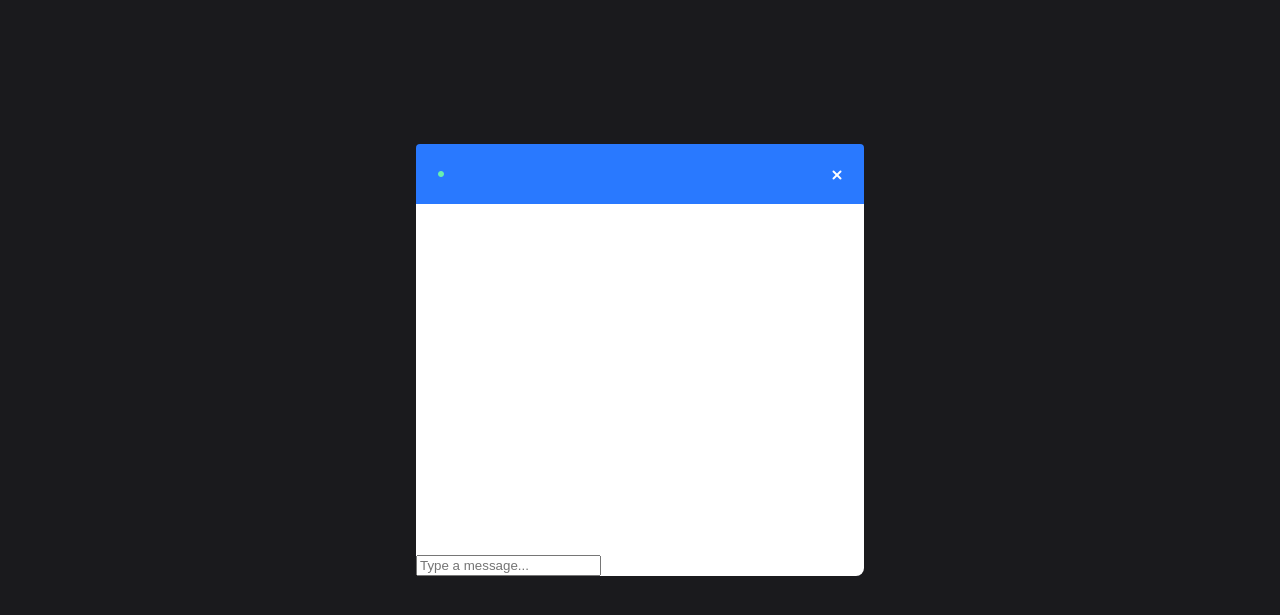
Repository: morela/chatApp
Page: /chat (app in client/)
The author's editor kept a copy of each file at every save. The page is drawn from the files as they stood at one save, then again after the next save.
The browser window is 1280 px wide. The pictures show the whole page.
The page's requests for data from a server got no answer. The project was rebuilt for these pictures with package versions that can differ from the ones it lists, and the page was loaded fresh each time. No one was signed in, and anything a server would have sent is missing. Also part of the build but not shown: client/src/components/Join/Join.js, client/src/components/Input/Input.css.

Above is the page before, as saved 2021-02-14 14:44:14.

### client/src/index.js
import React from 'react'
import ReactDOM from 'react-dom'

import App from './App'

ReactDOM.render(<App />, document.querySelector('#root'));

### client/src/App.js
import React from "react";

import { BrowserRouter as Router, Route } from "react-router-dom";

import Join from "./components/Join/Join";
import Chat from "./components/Chat/Chat";

const App = () => (
  <Router>
    <Route path="/" exact component={Join} />
    <Route path="/chat" component={Chat} />
  </Router>
);

export default App;

### client/src/components/Chat/Chat.js
import React, { useState, useEffect } from "react";
import queryString from "query-string";
import io from "socket.io-client";

import "./Chat.css";
import InfoBar from "../InfoBar/InfoBar";
import Input from "../Input/Input";

let socket;

const Chat = ({ location }) => {
  const [name, setName] = useState("");
  const [room, setRoom] = useState("");
  const [message, setMessage] = useState("");
  const [messages, setMessages] = useState("");
  const ENDPOINT = "localhost:5000";

  useEffect(() => {
    const { name, room } = queryString.parse(location.search);

    socket = io(ENDPOINT, { transports: ["websocket", "polling", "flashsocket"] });

    setName(name);
    setRoom(room);

    socket.emit("join", { name, room }, () => {});

    return () => {
      socket.emit("disconnect");

      socket.off();
    };
  }, [ENDPOINT, location.search]);

  useEffect(() => {
    socket.on(
      "message",
      () => {
        setMessages([...messages, message]);
      },
      [messages]
    );
  });

  const sendMessage = (event) => {
    if (message) {
      socket.emit("sendMessage", message, () => setMessage(""));
    }
  };

  console.log(message, messages);

  return (
    <div className="outerContainer">
      <div className="container">
        <InfoBar room={room} />
<Input message={message} setMessage={setMessage} sendMessage={sendMessage}/>




      </div>
    </div>
  );
};

export default Chat;

### client/src/components/Join/Join.css
html, body {
    font-family: 'Roboto', sans-serif;
    padding: 0;
    margin: 0;
  }

  #root {
    height: 100vh;
  }

  * {
    box-sizing: border-box;
  }

  .joinOuterContainer {
    display: flex;
    justify-content: center;
    text-align: center;
    height: 100vh;
    align-items: center;
    background-color: #1A1A1D;
  }

  .joinInnerContainer {
    width: 20%;
  }

  .joinInput {
    border-radius: 0;
    padding: 15px 20px;
    width: 100%;
  }

  .heading {
    color: white;
    font-size: 2.5em;
    padding-bottom: 10px;
    border-bottom: 2px solid white;
  }

  .button {
      color: #fff !important;
      text-transform: uppercase;
      text-decoration: none;
      background: #2979FF;
      padding: 20px;
      border-radius: 5px;
      display: inline-block;
      border: none;
      width: 100%;
  }

  .mt-20 {
    margin-top: 20px;
  }

  @media (min-width: 320px) and (max-width: 480px) {
    .joinOuterContainer {
      height: 100%;
    }}

### client/src/components/InfoBar/InfoBar.js
import React from "react";
import closeIcon from "../../icons/closeIcon.png";
import onlineIcon from "../../icons/onlineIcon.png";
import "./InfoBar.css";

const InfoBar = ({ room }) => (
  <div className="infoBar">
    <div className="leftInnerContainer">
      <img src={onlineIcon} className="onlineIcon" alt="online image" />
      <h3>{room}</h3>
    </div>
    <div className="rightInnerContainer">
      <a href="/">
        <img src={closeIcon} alt="close image" />
      </a>
    </div>
  </div>
);

export default InfoBar;

### client/src/components/Input/Input.js
import React from "react";

import "./Input.css";

const Input = ({ message, setMessage, sendMessage }) => (
  <form className="form">
    <input
      type="text"
      className="input"
      placeholder="Type a message..."
      value={message}
      onChange={(event) => {
        setMessage(event.target.value);
      }}
      onKeyPress={(event) => (event.key === "Enter" ? sendMessage(event) : null)}
    />
  </form>
);

export default Input;

Loaded but not shown: client/public/index.html (common file); client/src/components/Chat/Chat.css (common file); client/src/components/InfoBar/InfoBar.css (common file)

After the next save:
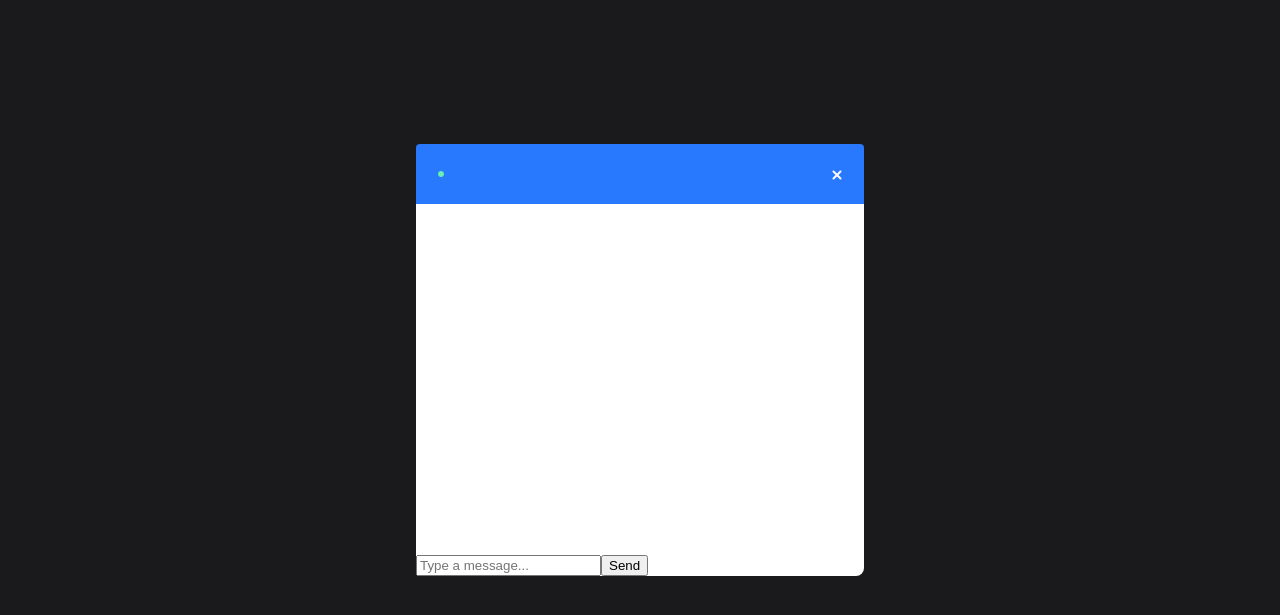
Saved 47 s later.
--- a/client/src/components/Input/Input.js
+++ b/client/src/components/Input/Input.js
@@ -14,6 +14,7 @@ const Input = ({ message, setMessage, sendMessage }) => (
       }}
       onKeyPress={(event) => (event.key === "Enter" ? sendMessage(event) : null)}
     />
+    <button className="sendButton" onClick={event=>{sendMessage(event)}}>Send</button>
   </form>
 );
 
